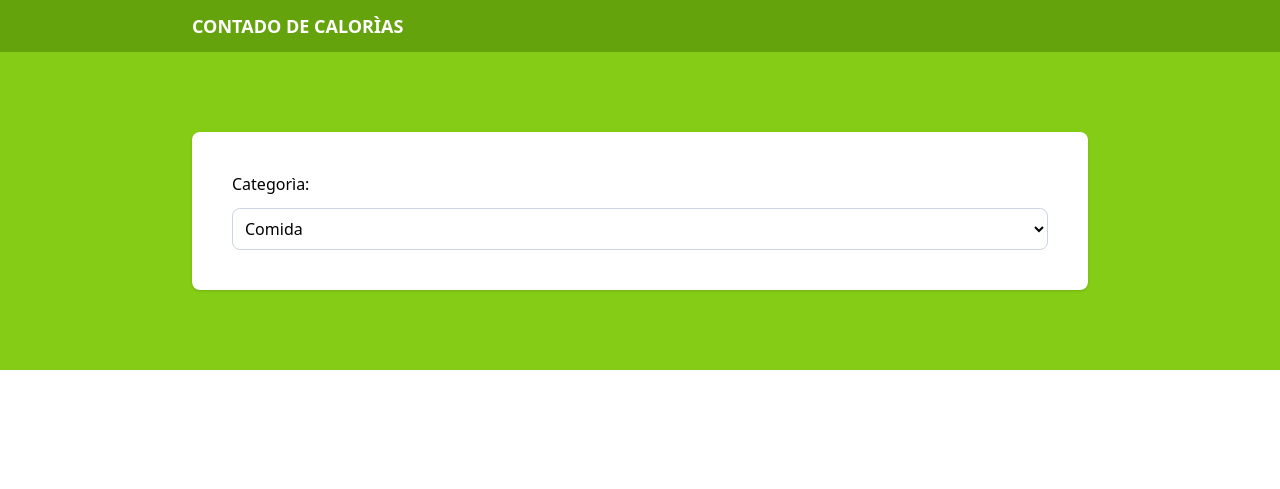
Repository: Matiiu/calorie-tracker
Page: /
An editor plug-in stored every save of this project. The page is shown before and after the next save, followed by the edit.
The browser window is 1280 px wide. The pictures show the whole page.
The project was rebuilt for these pictures with package versions that can differ from the ones it lists, and the page was loaded fresh each time. Also part of the build but not shown: vite.config.ts.

Above is the page before, as saved 2024-03-30 22:40:48.

### index.html
<!doctype html>
<html lang="en">
  <head>
    <meta charset="UTF-8" />
    <link rel="icon" type="image/svg+xml" href="/vite.svg" />
    <meta name="viewport" content="width=device-width, initial-scale=1.0" />
    <title>Contador de Calorías - React</title>
  </head>
  <body>
    <div id="root"></div>
    <script type="module" src="/src/main.tsx"></script>
  </body>
</html>

### src/App.tsx
import Header from "./components/Header";
import Form from "./components/Form";
export default function App() {
  return (
    <>
      <Header />

      <section className="bg-lime-500 py-20 px-5">
        <div className="max-w-4xl mx-auto">
          <Form />
        </div>
      </section>
    </>
  );
}

### src/components/Header.tsx
export default function Header() {
  return (
    <header className="bg-lime-600 py-3">
      <div className="max-w-4xl mx-auto flex justify-between">
        <h1 className="text-center text-lg font-bold text-white uppercase">
          Contado de Calorìas
        </h1>
      </div>
    </header>
  );
}

### src/components/Form.tsx
import { categories } from "../data/categories";

export default function Form() {
  return (
    <form className="space-y-5 bg-white shadow p-10 rounded-lg">
      <div className="grid grid-cols-1 gap-3">
        <label htmlFor="category">Categorìa:</label>
        <select
          name="category"
          id="category"
          className="border border-slate-300 p-2 rounded-lg w-full bg-white"
        >
          {categories.map((category) => (
            <option key={category.id} value={category.id}>
              {category.name}
            </option>
          ))}
        </select>
      </div>
    </form>
  );
}

### src/data/categories.ts
import { Category } from "../types";

export const categories: Category[] = [
  { id: 1, name: "Comida" },
  { id: 2, name: "Ejercicio" },
];

Loaded but not shown: src/main.tsx (common file); src/index.css (common file); tailwind.config.js (common file)

After the next save:
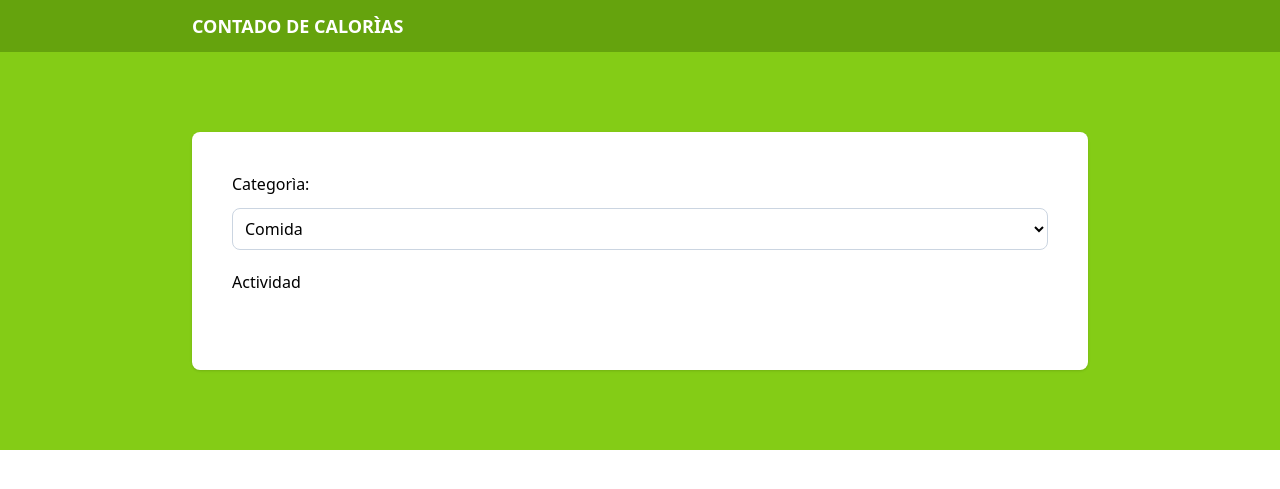
Saved 2 min 26 s later.
--- a/src/components/Form.tsx
+++ b/src/components/Form.tsx
@@ -17,6 +17,11 @@ export default function Form() {
           ))}
         </select>
       </div>
+
+      <div className="grid grid-cols-1 gap-3">
+        <label htmlFor="activity">Actividad</label>
+        <input id="activity" name="activity" type="text" />
+      </div>
     </form>
   );
 }
